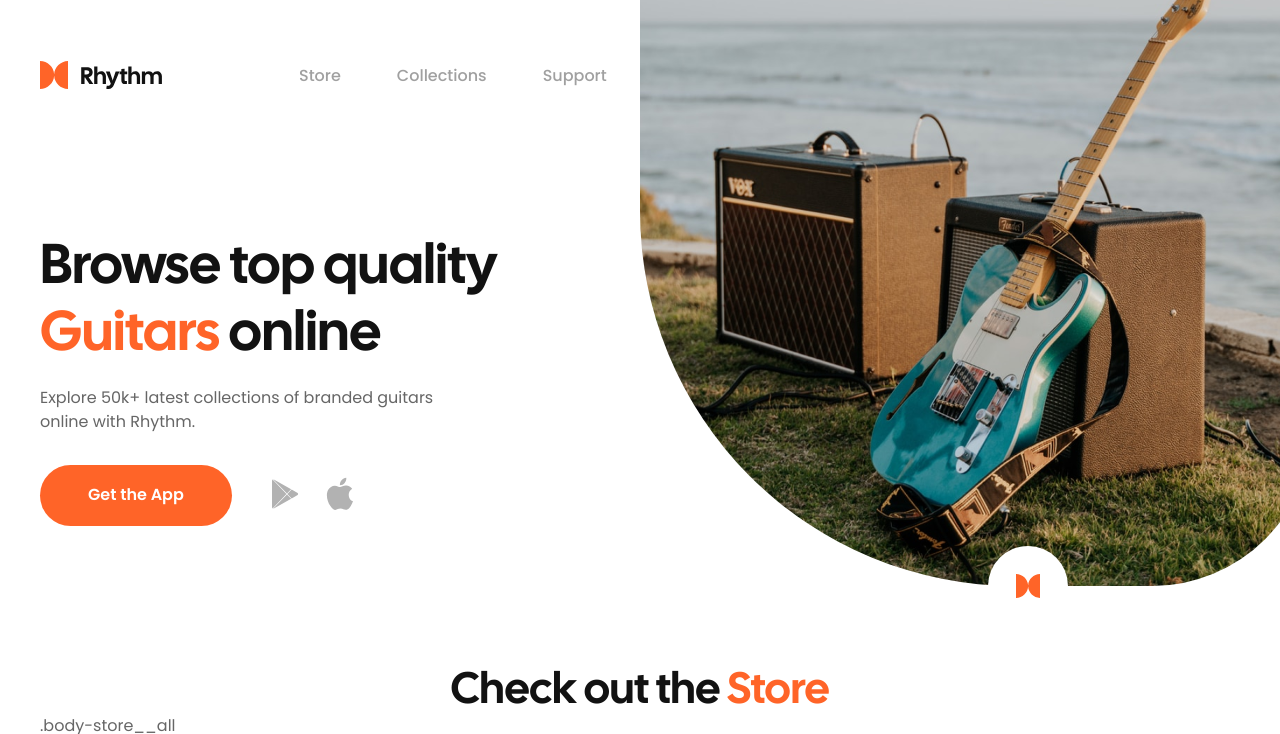
Repository: Ed-Lubenets/website_guitar
Page: index.html
An editor plug-in stored every save of this project. The page is shown before and after a run of saves, followed by the edit.
The browser window is 1280 px wide. The pictures show the whole page.

Above is the page before, as saved 2023-01-03 20:37:21.

After the next 2 saves:
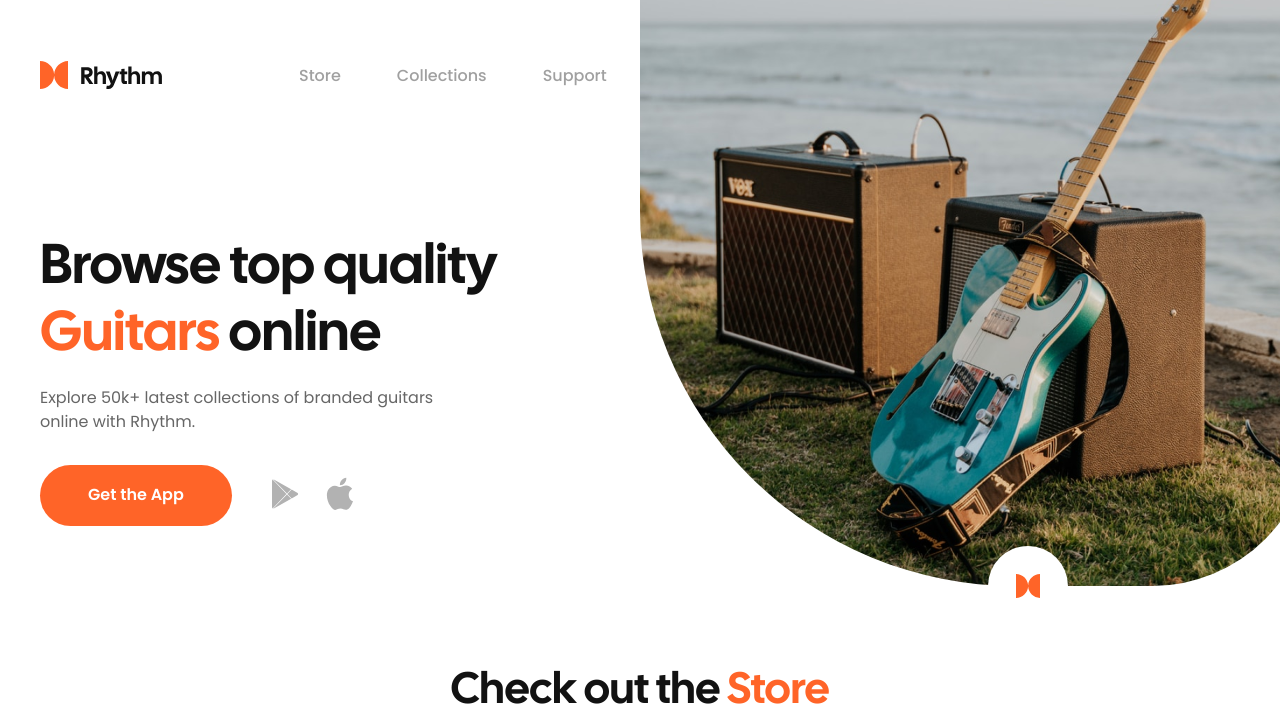
The 2 saves are shown as one change because they came seconds apart.
The last was saved 9 s later.
--- a/index.html
+++ b/index.html
@@ -54,7 +54,7 @@
                     <div class="store__body body-store">
                         <div class="body-store__header">
                             <div class="body-store__title"></div>
-                            <a href="" class=""></a>.body-store__all
+                            <a href="" class="body-store__all"></a>
                         </div>
                     </div>
                 </div>
